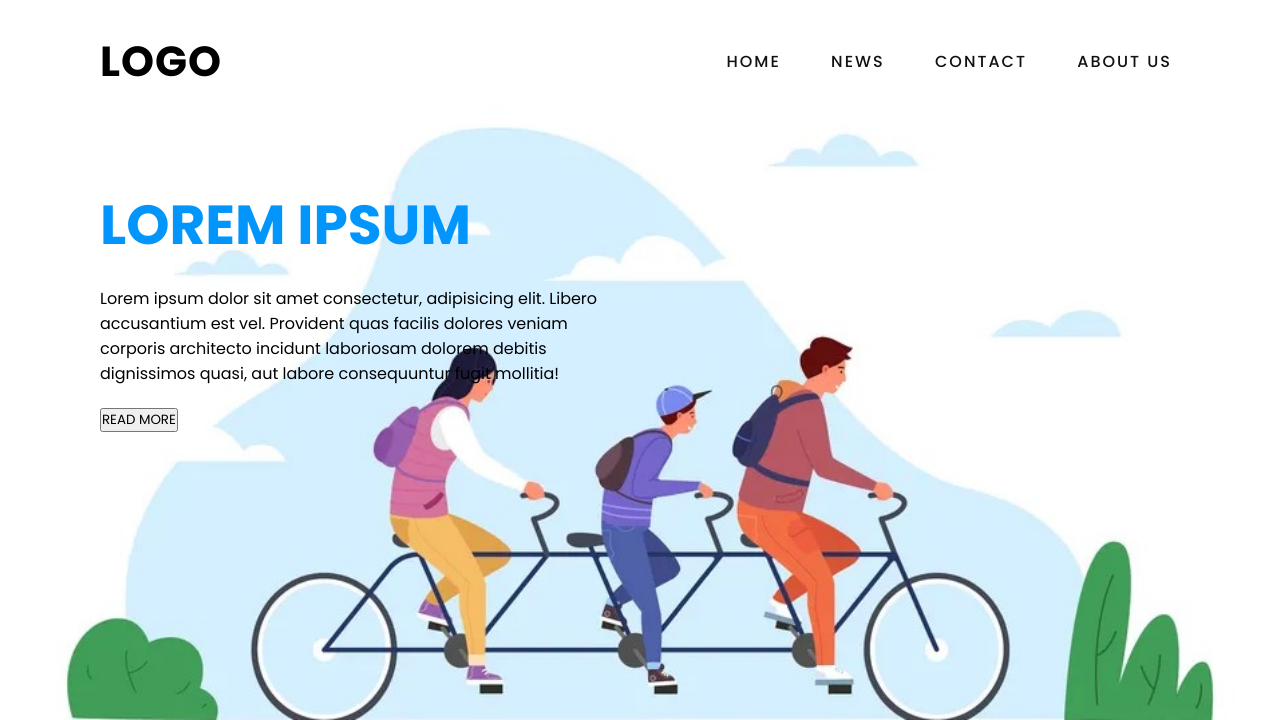
Repository: nganha241/1806
Page: index.html
An editor plug-in stored every save of this project. The page is shown before and after a run of saves, followed by the edit.
The browser window is 1280 px wide. The pictures show the whole page.

Above is the page before, as saved 2022-06-18 15:52:47.

### index.html
<!DOCTYPE html>
<html lang="en">
  <head>
    <meta charset="UTF-8" />
    <meta http-equiv="X-UA-Compatible" content="IE=edge" />
    <meta name="viewport" content="width=device-width, initial-scale=1.0" />
    <title>Document</title>
    <link rel="stylesheet" href="style.css" />
  </head>
  <body>
    <section>
      <header>
        <div class="logo">
          <h2>Logo</h2>
        </div>
        <div class="navigation">
          <a href="#">Home</a>
          <a href="#">News</a>
          <a href="#">Contact</a>
          <a href="#">About us</a>
        </div>
      </header>
      <div class="content">
        <h1 class="title">LOREM IPSUM</h1>
        <p class="text">
          Lorem ipsum dolor sit amet consectetur, adipisicing elit. Libero
          accusantium est vel. Provident quas facilis dolores veniam corporis
          architecto incidunt laboriosam dolorem debitis dignissimos quasi, aut
          labore consequuntur fugit mollitia!
        </p>
        <button class="btn-more">READ MORE</button>
      </div>
    </section>
  </body>
</html>

### style.css
@import url('https://fonts.googleapis.com/css2?family=Poppins:wght@300;400;500;600;700;800;900&display=swap');

* {
    box-sizing: border-box;
    padding: 0;
    margin: 0;
    font-family: 'Poppins', sans-serif;
}

a {
    text-decoration: none;
}

section {
    width: 100%;
    min-height: 100vh;
    display: flex;
    flex-direction: column;
    justify-content: flex-start;
    background: url('./bg.jpg');
    background-size: cover;
    background-position: center;
}

section header {
    position: relative;
    top: 0;
    width: 100%;
    padding: 30px 100px;
    display: flex;
    justify-content: space-between;
    align-items: center;
}

.logo {
    position: relative;
    font-size: 28px;
    letter-spacing: 1px;
    cursor: pointer;
    text-transform: uppercase;
}

.navigation a{
   letter-spacing: 2px;
   background: none;
   padding: 5px 8px;
   text-transform: uppercase;
   font-weight: 500;
   border-radius: 20px;
   color: #111;
   transition: 0.4s;
    transition-property: background;
}

.navigation a:not(:last-child) {
    margin-right: 30px;
}

.navigation a:hover {
    color: #fff;
    background: rgb(102, 167, 252);
    transition: 0.4s;
}

.content {
    margin: 60px 100px;
    width: 40%;
}

.title {
    margin-bottom: 20px;
    text-transform: uppercase;
    font-weight: 700;
    font-size: 55px;
    color: #0296FC;
}

.text {
    margin-bottom: 20px;
}

After the next 2 saves:
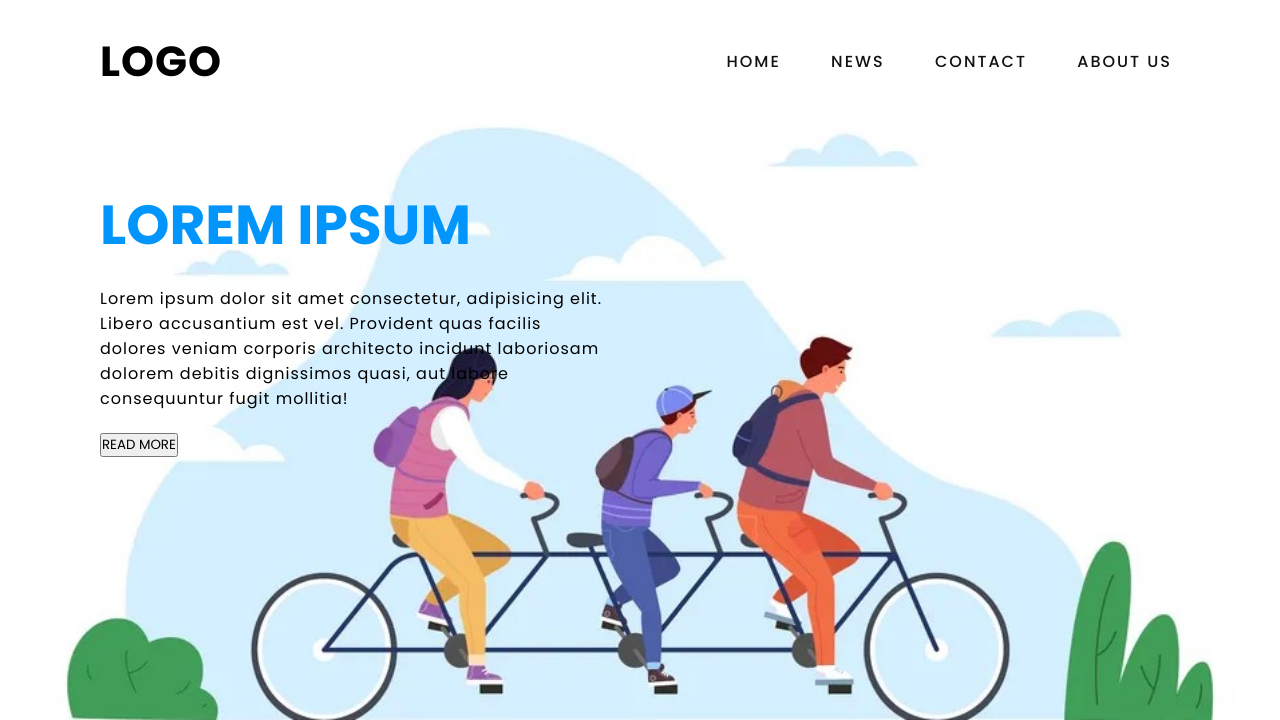
The 2 saves are shown as one change because they came seconds apart.
The last was saved 22 s later.
--- a/style.css
+++ b/style.css
@@ -77,4 +77,5 @@ section header {
 
 .text {
     margin-bottom: 20px;
+    letter-spacing: 1px;
 }
